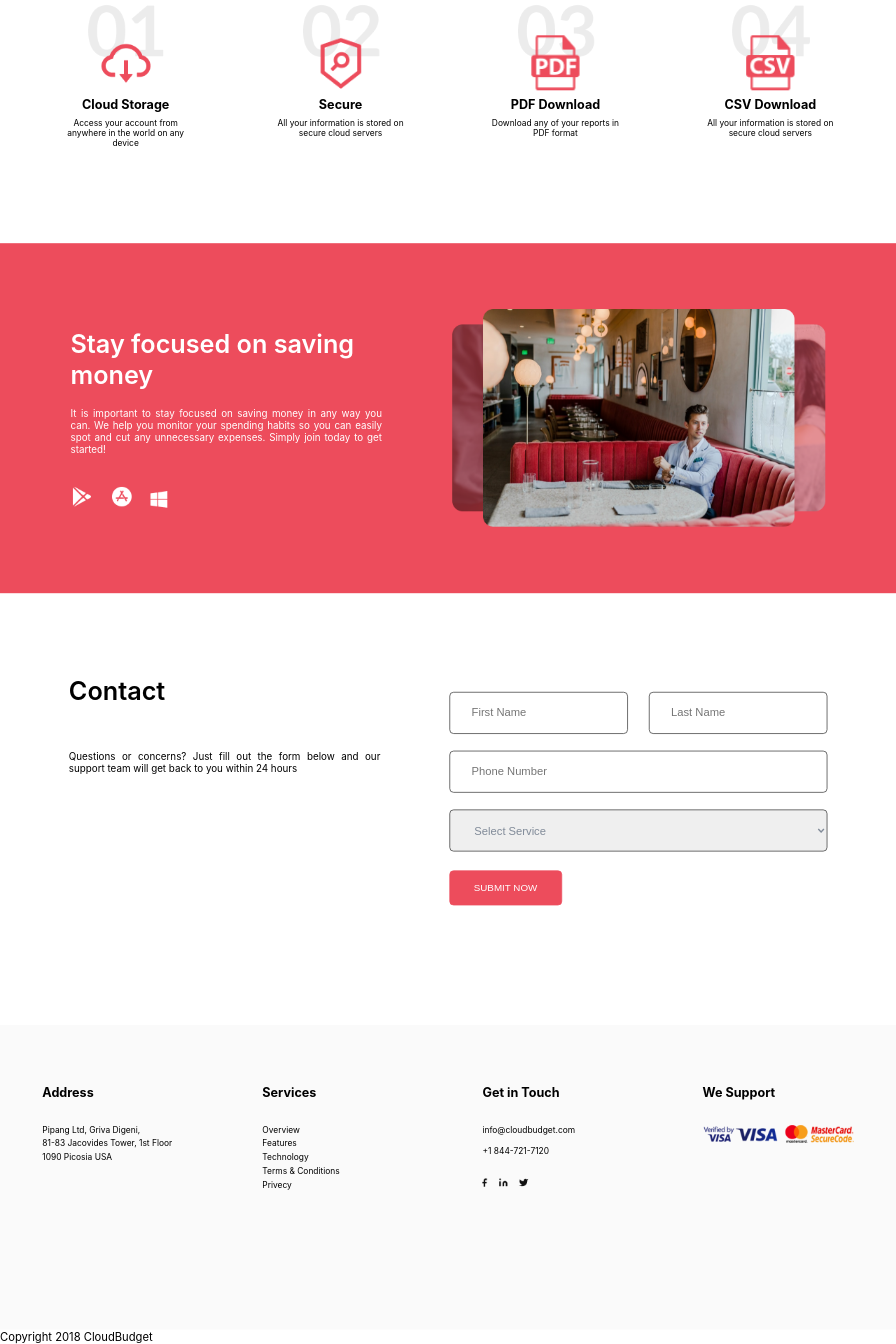
Repository: Ola-22/cloudBudget
Page: /
These files come from the project's save history. The page is drawn as it stood at one moment and after the next save; the edit follows.
The browser window is 1280 px wide. The pictures show the part of the page from y = 2128 to 4048 px (the page is 4048 px tall before and 4028 px after), at 70% of full size.
The project was rebuilt for these pictures with package versions that can differ from the ones it lists, and the page was loaded fresh each time.

Above is the page before, as saved 2021-09-14 18:07:57.

After the next save:
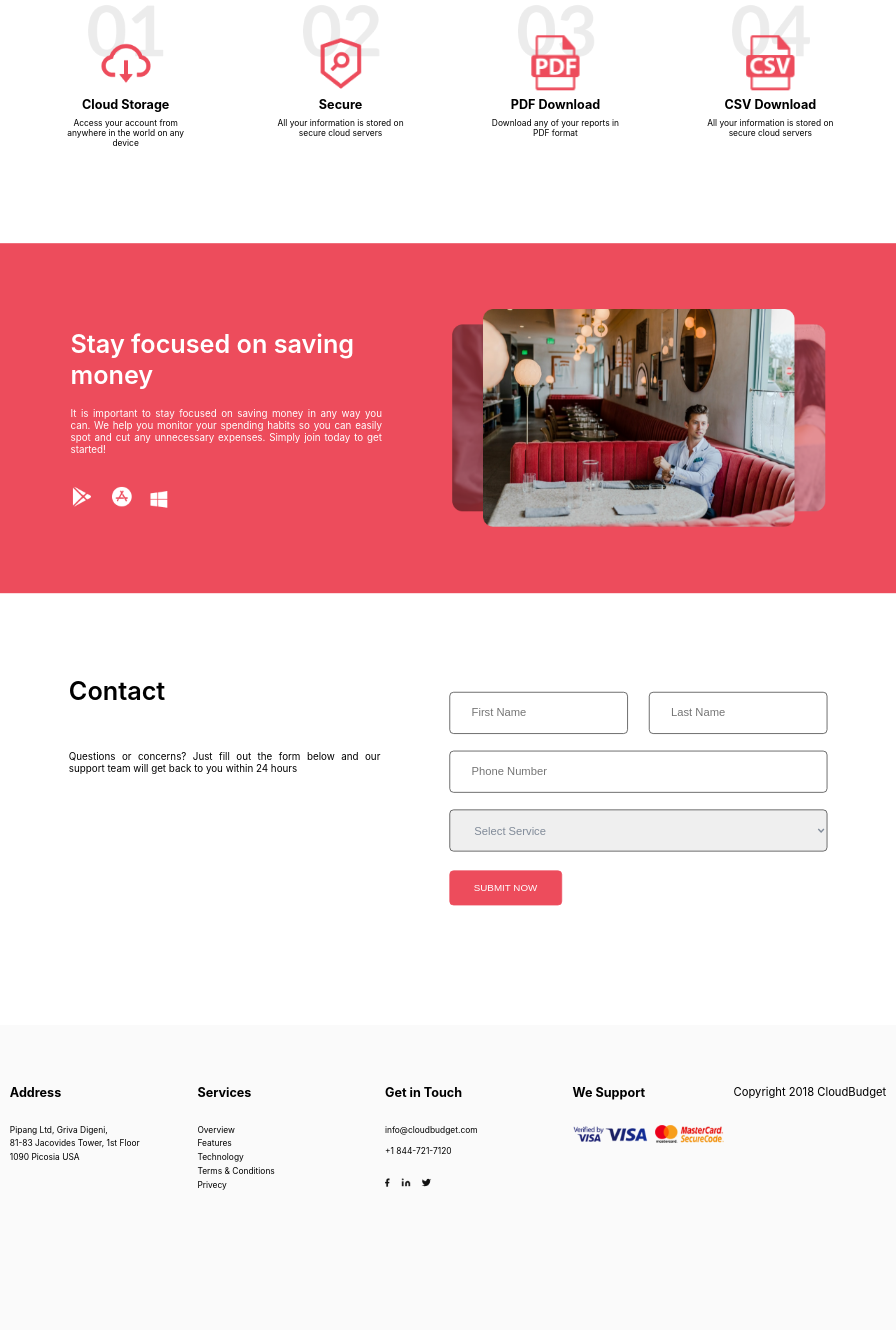
Saved 61 s later.
--- a/src/Components/Footer/index.jsx
+++ b/src/Components/Footer/index.jsx
@@ -45,10 +45,11 @@ export default function Footer() {
           <h3>We Support</h3>
           <img src="/images/secure.png" alt="" />
         </div>
-      </div>
-      <div>
         <p>Copyright 2018 CloudBudget</p>
       </div>
+      {/* <div>
+        <p>Copyright 2018 CloudBudget</p>
+      </div> */}
     </>
   );
 }
